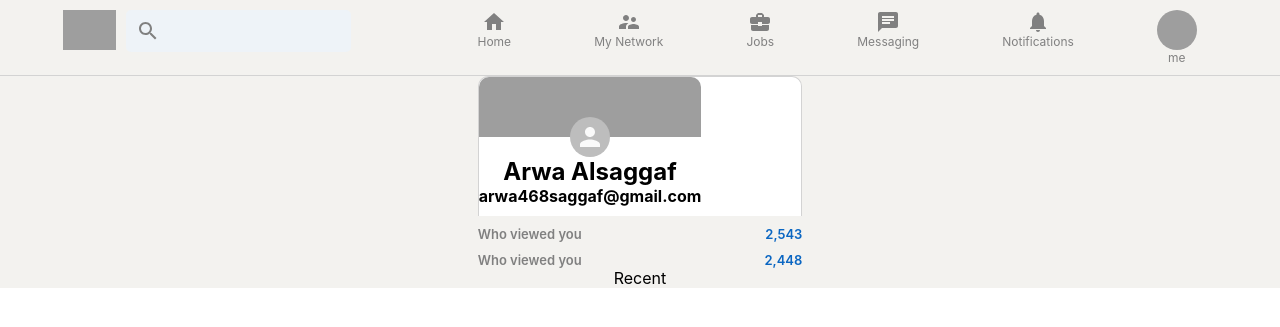
Repository: MEROO1010/linkedIn-clone-
Page: /
The author's editor kept a copy of each file at every save. The page is drawn from the files as they stood at one save, then again after the next save.
The browser window is 1280 px wide. The pictures show the whole page.
Pictures or frames that could not be fetched are drawn as grey boxes. The project was rebuilt for these pictures with package versions that can differ from the ones it lists, and the page was loaded fresh each time.

Above is the page before, as saved 2023-12-02 10:45:01.

### src/App.js
import React from 'react';
import './App.css';
import Header from './Header';
import Sidebar from './Sidebar';

function App() {
  return (
    <div className="app">

        <Header/>
      {/* App Body*/}
       <div className="app__body">
       <Sidebar/>

      {/* Feed*/}
      {/* Widgets*/}
      </div>
    </div>
  );
}

export default App;

### src/features/counter/counterSlice.js
import { createAsyncThunk, createSlice } from '@reduxjs/toolkit';
import { fetchCount } from './counterAPI';

const initialState = {
  value: 0,
  status: 'idle',
};

// The function below is called a thunk and allows us to perform async logic. It
// can be dispatched like a regular action: `dispatch(incrementAsync(10))`. This
// will call the thunk with the `dispatch` function as the first argument. Async
// code can then be executed and other actions can be dispatched. Thunks are
// typically used to make async requests.
export const incrementAsync = createAsyncThunk(
  'counter/fetchCount',
  async (amount) => {
    const response = await fetchCount(amount);
    // The value we return becomes the `fulfilled` action payload
    return response.data;
  }
);

export const counterSlice = createSlice({
  name: 'counter',
  initialState,
  // The `reducers` field lets us define reducers and generate associated actions
  reducers: {
    increment: (state) => {
      // Redux Toolkit allows us to write "mutating" logic in reducers. It
      // doesn't actually mutate the state because it uses the Immer library,
      // which detects changes to a "draft state" and produces a brand new
      // immutable state based off those changes
      state.value += 1;
    },
    decrement: (state) => {
      state.value -= 1;
    },
    // Use the PayloadAction type to declare the contents of `action.payload`
    incrementByAmount: (state, action) => {
      state.value += action.payload;
    },
  },
  // The `extraReducers` field lets the slice handle actions defined elsewhere,
  // including actions generated by createAsyncThunk or in other slices.
  extraReducers: (builder) => {
    builder
      .addCase(incrementAsync.pending, (state) => {
        state.status = 'loading';
      })
      .addCase(incrementAsync.fulfilled, (state, action) => {
        state.status = 'idle';
        state.value += action.payload;
      });
  },
});

export const { increment, decrement, incrementByAmount } = counterSlice.actions;

// The function below is called a selector and allows us to select a value from
// the state. Selectors can also be defined inline where they're used instead of
// in the slice file. For example: `useSelector((state: RootState) => state.counter.value)`
export const selectCount = (state) => state.counter.value;

// We can also write thunks by hand, which may contain both sync and async logic.
// Here's an example of conditionally dispatching actions based on current state.
export const incrementIfOdd = (amount) => (dispatch, getState) => {
  const currentValue = selectCount(getState());
  if (currentValue % 2 === 1) {
    dispatch(incrementByAmount(amount));
  }
};

export default counterSlice.reducer;

### src/App.css
.app{
    background-color: #f3f2ef;
    display: flex;
    flex-direction: column;
    align-items: center;
}

.app__body {
    display: flex;
}

### src/Header.js
import React from "react";
import "./Header.css";
import SearchIcon from '@mui/icons-material/Search';
import HeaderOption from "./HeaderOption";
import HomeIcon from '@mui/icons-material/Home';
import SupervisorAccountIcon from '@mui/icons-material/SupervisorAccount';
import BusinessCenterIcon from '@mui/icons-material/BusinessCenter';
import ChatIcon from '@mui/icons-material/Chat';
import NotificationsIcon from '@mui/icons-material/Notifications';




const Header = () => {
  return (
    <div className="header">


      <div className="header__left">
        <img
        src="https://upload.wikimedia.org/wikipedia/commons/thumb/8/81/LinkedIn_icon.svg/2048px-LinkedIn_icon.svg.png"
         alt="" />

        <div className="header__search">
          <SearchIcon />
          <input type="text" />
        </div>
      </div>

      <div className="header__right"></div>

        <HeaderOption Icon={HomeIcon} title="Home"/>
        <HeaderOption Icon={SupervisorAccountIcon} title="My Network"/>
        <HeaderOption Icon={BusinessCenterIcon} title="Jobs"/>
        <HeaderOption Icon={ChatIcon} title="Messaging"/>
        <HeaderOption Icon={NotificationsIcon} title="Notifications"/>
        <HeaderOption
          avatar="https://w7.pngwing.com/pngs/980/886/png-transparent-male-portrait-avatar-computer-icons-icon-design-avatar-flat-face-icon-people-head-cartoon-thumbnail.png"
          title ="me"/>
    </div>
  );
};

export default Header;

### src/Sidebar.js
import { Avatar } from "@material-ui/core";
import React from 'react'
import "./Sidebar.css"

const Sidebar = () => {
  return (
    <div className="sidebar">
      <div className="sidebar__top">
        <img src="https://images.unsplash.com/photo-1614850523296-d8c1af93d400?q=80&w=2070&auto=format&fit=crop&ixlib=rb-4.0.3&ixid=M3wxMjA3fDB8MHxwaG90by1wYWdlfHx8fGVufDB8fHx8fA%3D%3D" alt=""/>
        <Avatar calssName="sidebar__avatar"/>
        <h2>Arwa Alsaggaf</h2>
        <h4>arwa468saggaf@gmail.com</h4>
      </div>

      <div className="sidebar__stats">
        <div className="sidebar__stat">
            <p>Who viewed you</p>
            <p className="sidebar__statNumber">2,543</p>
        </div>
        <div className="sidebar__stat">
        <p>Who viewed you</p>
            <p className="sidebar__statNumber">2,448</p>
        </div>
      </div>

      <div className="sidebar__bottom">
        <p>Recent</p>
      </div>
    </div>
  )
}

export default Sidebar

### src/Header.css
.header {
 position: sticky;
 top:0;
 display: flex;
 justify-content: space-evenly;
 border-bottom: 0.1px solid lightgray;
 padding-top:10px ;
 padding-bottom: 10px;
 width: 100%;
 z-index:999;
}

.header__left {
    display: flex;
}

.header__left >img {
    object-fit: contain;
    height: 40px;
    margin-right: 10px;
}

.header__search {
    padding: 10px;
    display:flex;
    align-items: center;
    border-radius: 5px;
    height:22px;
    color: gray ;
    background-color: #eef3f8;
}

.header__search > input {
    outline: none;
    border: none;
    background: none;
}

.header__right {
    display: flex;
}

### src/HeaderOption.js
import React from 'react'
import "./HeaderOption.css"
import { Avatar } from "@material-ui/core";

function HeaderOption({avatar ,Icon, title}) {
  return (
    <div className="headerOption">
        {Icon && <Icon className="headerOption__icon" />}
        {avatar && <Avatar className="headerOption__icon" src={avatar}/>}
        <h3 className="headerOption__title">{title}</h3>
    </div>
  )
}

export default HeaderOption

### src/Sidebar.css
.sidebar {
    position: sticky;
    top: 80px;
    flex: 0.2;
    border-radius: 10px;
    text-align: center;
    height: fit-content;
}

.sidebar__avatar {
    margin-bottom: 10px;
}

.sidebar__top {
    display: flex;
    flex-direction: column;
    align-items: center;
    border: 1px solid lightgray;
    border-bottom: 0;
    border-top-left-radius:10px ;
    border-top-right-radius:10px ;
    background-color: white;
    padding-bottom: 10px;
    padding-right: 100px;
}

.sidebar__top > img {
    margin-bottom: -20px;
    width: 100%;
    height: 60px;
    border-top-left-radius:10px ;
    border-top-right-radius:10px ;
    object-fit: cover;
}


.sidebar__stat {
    margin-top: 10px;
    display: flex;
    justify-content: space-between;
}

.sidebar__stat > p {
    color: gray;
    font-size: 13px;
    font-weight: 600;
}

.sidebar__statNumber {
    font-weight: bold;
    color: #0a66c2 !important;
}

### src/HeaderOption.css
.headerOption {
    display: flex;
    flex-direction: column;
    align-items: center;
    margin-right: 20px;
    color: gray;
    cursor: pointer;
}

.headerOption__title {
    font-size: 12px;
    font-weight: 400;
}

.headerOption:hover {
    color: black;
}

Loaded but not shown: public/index.html (common file); src/index.js (common file); src/app/store.js (common file); src/reportWebVitals.js (common file); src/index.css (common file); src/features/counter/counterAPI.js (common file)

After the next save:
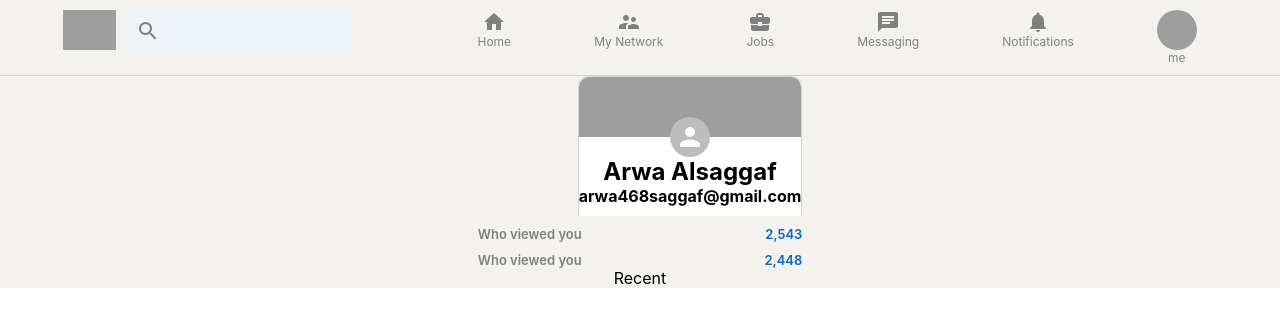
Saved 15 s later.
--- a/src/Sidebar.css
+++ b/src/Sidebar.css
@@ -21,7 +21,7 @@
     border-top-right-radius:10px ;
     background-color: white;
     padding-bottom: 10px;
-    padding-right: 100px;
+    margin-left: 100px;
 }
 
 .sidebar__top > img {
